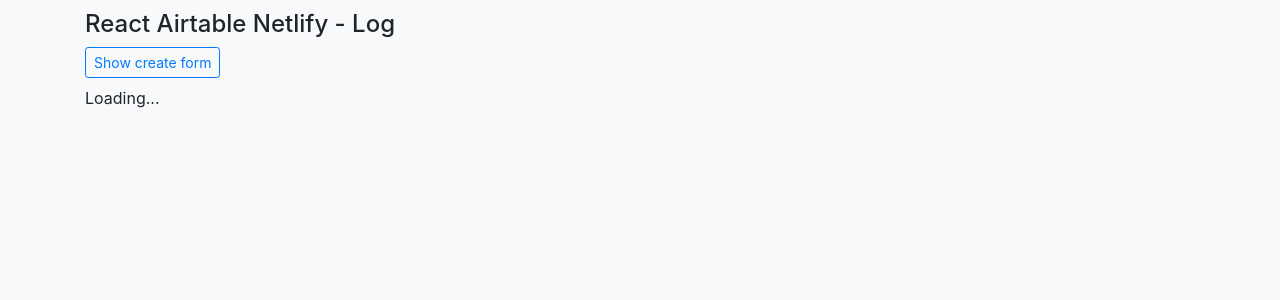
Repository: vilgaxDev/Airtable
Page: /
These files come from the project's save history. The page is drawn as it stood at one moment and after the next save; the edit follows.
The browser window is 1280 px wide. The pictures show the whole page.
The page's requests for data from a server got no answer. The project was rebuilt for these pictures with package versions that can differ from the ones it lists, and the page was loaded fresh each time. No one was signed in, and anything a server would have sent is missing. Also part of the build but not shown: src/App.css, src/CreateForm.js.

Above is the page before, as saved 2021-11-09 15:44:50.

After the next save:
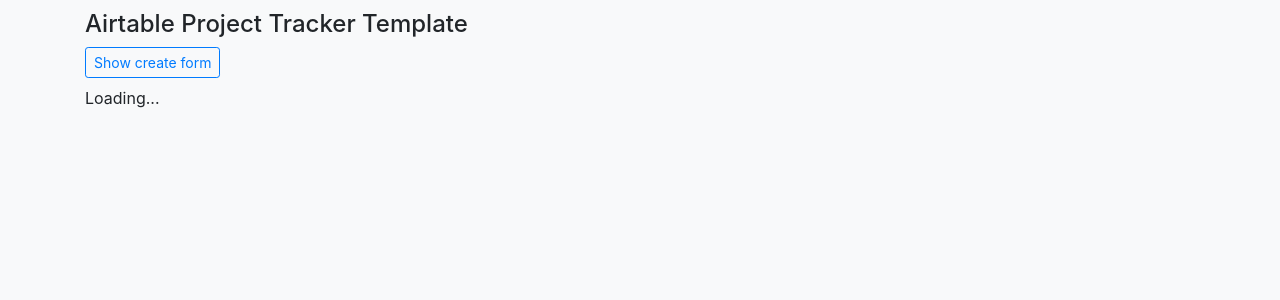
Saved 84 s later.
--- a/src/App.js
+++ b/src/App.js
@@ -40,7 +40,7 @@
     return (
       <div>
         <div className="container">
-          <h4 className="mt-20">React Airtable Netlify - Log</h4>
+          <h4 className="mt-20">Airtable Project Tracker Template</h4>
 
           <button onClick={this.toggleVisibility} className="btn btn-outline-primary btn-sm mb-2">{this.state.visibility ? 'Hide' : 'Show'} create form</button>
           {this.state.visibility ?
